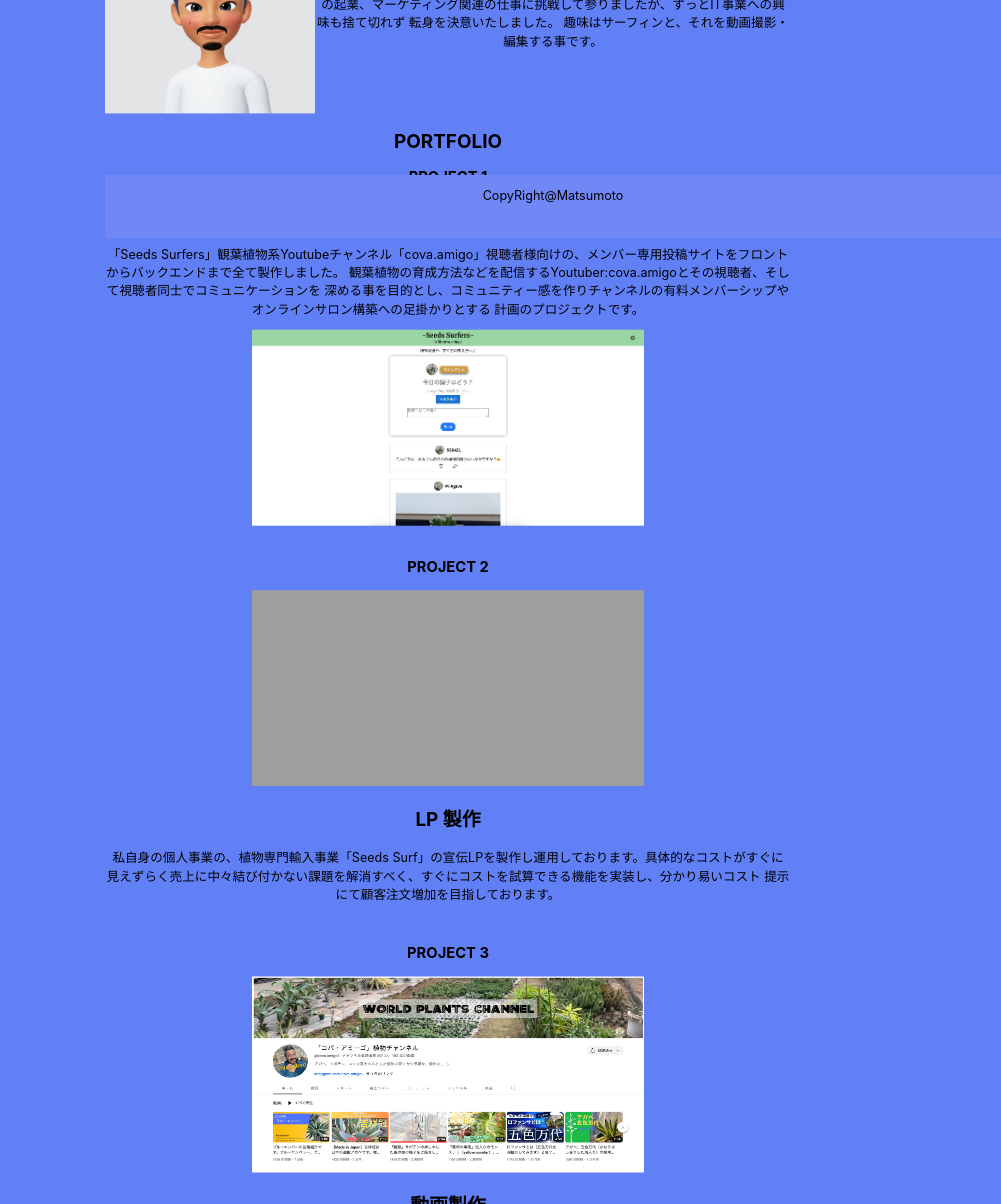
Repository: Seiya00002/my-portfolio-website2
Page: /
These files come from the project's save history. The page is drawn as it stood at one moment and after the next save; the edit follows.
The browser window is 1280 px wide. The page is 1430 px wide, then 1280 px, so the pictures cover 1430 px, including what lies to the right of the window. The pictures show the part of the page from y = 380 to 2100 px (the page is 3478 px tall before and 3568 px after), at 70% of full size.
Pictures or frames that could not be fetched are drawn as grey boxes. The project was rebuilt for these pictures with package versions that can differ from the ones it lists, and the page was loaded fresh each time.

Above is the page before, as saved 2023-09-23 16:38:38.

### src/index.css
body {
  margin: 0;
  font-family: -apple-system, BlinkMacSystemFont, 'Segoe UI', 'Roboto', 'Oxygen',
    'Ubuntu', 'Cantarell', 'Fira Sans', 'Droid Sans', 'Helvetica Neue',
    sans-serif;
  -webkit-font-smoothing: antialiased;
  -moz-osx-font-smoothing: grayscale;
  background-color: rgb(98, 128, 246);
}

code {
  font-family: source-code-pro, Menlo, Monaco, Consolas, 'Courier New',
    monospace;
}

### src/App.tsx
import React from 'react';
import logo from './logo.svg';
import './App.css';
import Header from './Components/Header';
import Homepage from './Components/Homepage';

function App() {
  return (
    <div className="App">
      <Header />
      <Homepage />
    </div>
  );
}

export default App;

### src/App.css
.App {
  text-align: center;
  font-size: 18px;
  height: 100vh;
  width: 100%;
}

.header {
  height: 90px;
  display: flex;
  justify-content: space-around;
  align-items: center;
  width: 100%;
  color: white;
  position: fixed;
  background-color: rgb(98, 128, 246);
  z-index: 10;
}

nav ul li {
  list-style: none;
  display: inline-block;
  margin-right: 30px;
}

nav ul li a {
  font-size: 19px;
  color: white;
  text-decoration: none;
  transition: all 0.2s;
}

nav ul li a:hover {
  color: rgb(36, 89, 250);
}

.container {
  padding: 150px;
}

#about-me {
  display: flex;
  width: 100%;
}

.about-me img {
  height: 300px;
  width: 300px;
}

.left-contents img {
  width: 560px;
  height: 280px;
}

.tech-icon {
  width: 80px;
  height: 80px;
}

.tech-icon img {
  width: 100%;
  height: 100%;

}

.skill-section {
  display: flex;
}

.service-title img {
  width: 50px;
  height: 50px;
}

.footer {
  height: 90px;
  position: absolute;
  bottom: 0;
  width: 100%;
  justify-content: center;
  align-items: center;
  background-color: rgb(113, 135, 246);
}

### src/Components/Header.tsx
import React from 'react'

const Header = () => {
  return (
    <div className='header'>
        <h3>Portfolio Site</h3>
        <nav>
            <ul>
                <li>
                    <a href='#top'>HOME</a>
                </li>
                <li>
                    <a href='#portfolio'>PORTFOLIO</a>
                </li>
                <li>
                    <a href='#skill'>SKILL</a>
                </li>
                <li>
                    <a href='#service'>SERVICE</a>
                </li>
                <li>
                    <a href='#contact'>CONTACT</a>
                </li>
            </ul>
        </nav>
    </div>
  )
}

export default Header

### src/Components/Homepage.tsx
import React from 'react'

const Homepage = () => {
  return (
    <div className='container'>
        <h1>I'm a Web Application Developer</h1>
        <div className='about-me' id='about-me'>
            <img src='/image/m-drawing.jpg' alt='profile-image' />
            <div className='right-contents'>
                <h2>Amout me</h2>
                <p>エンジニアに転身を目指して個人開発をしております。主にHTML/CSS/Javascript/React を扱っています。
                これまでは店舗ビジネスや貿易業の起業、マーケティング関連の仕事に挑戦して参りましたが、ずっとIT事業への興味も捨て切れず
                転身を決意いたしました。
                趣味はサーフィンと、それを動画撮影・編集する事です。</p>
            </div>
        </div>

        <div id='portfolio'>
            <h2>PORTFOLIO</h2>
            <div className='project'>
                <div className='left-contents'>
                    <h3>PROJECT 1</h3>
                    <h2>メンバー制SNS アプリケーション開発</h2>
                    <p>「Seeds Surfers」観葉植物系Youtubeチャンネル「cova.amigo」視聴者様向けの、メンバー専用投稿サイトをフロント
                        からバックエンドまで全て製作しました。
                        観葉植物の育成方法などを配信するYoutuber:cova.amigoとその視聴者、そして視聴者同士でコミュニケーションを
                        深める事を目的とし、コミュニティー感を作りチャンネルの有料メンバーシップやオンラインサロン構築への足掛かりとする
                        計画のプロジェクトです。
                    </p>
                    <img src='/image/seeds-surfers-image.png'
                    alt='Seeds-Surfers-image'
                    />
                </div>
                <img src='' alt=''/>
            </div>
            <div className='project'>
                <div className='left-contents'>
                    <h3>PROJECT 2</h3>
                    <img src='/image/seeds-surf-lp-image.png'
                    alt='Seeds-Surf-lp-image'
                    />
                    <h2>LP 製作</h2>
                    <p>私自身の個人事業の、植物専門輸入事業「Seeds Surf」の宣伝LPを製作し運用しております。具体的なコストがすぐに
                        見えずらく売上に中々結び付かない課題を解消すべく、すぐにコストを試算できる機能を実装し、分かり易いコスト
                        提示にて顧客注文増加を目指しております。
                    </p>
                </div>
                <img src='' alt=''/>
            </div>
            <div className='project'>
                <div className='left-contents'>
                    <h3>PROJECT 3</h3>
                    <img src='/image/youtube-image.png'
                    alt='movie-project-image'
                    />
                    <h2>動画製作</h2>
                    <p>Youtubeチャンネルを立ち上げから、撮影、編集、分析を含む運営を約2年間行いました。チャンネル登録者は約8千人、
                        販売売上80%増を達成しました。ニッチな分野のジャンルで、無名の状態から業界では知られた存在となり、人気を
                        獲得し売り上げにつながりました。テレビ風の面白おかしい、サボテン系植物の解説系動画チャンネルです。
                    </p>
                </div>
                <img src='' alt=''/>
            </div>

        </div>

        <div id='skill'>
            <h2>SKILL</h2>
            <div className='skill-section'>
                <div className='tech-icon'>
                    <img src='/image/html-5-icon.svg' />
                    <p>HTML</p>
                </div>
                <div className='tech-icon'>
                    <img src='/image/css-3-icon.svg' />
                    <p>CSS</p>
                </div>
                <div className='tech-icon'>
                    <img src='/image/javascript-icon.svg' />
                    <p>Javascript</p>
                </div>
                <div className='tech-icon'>
                    <img src='/image/react-icon.svg' />
                    <p>React.JS</p>
                </div>
                <div className='tech-icon'>
                    <img src='/image/typescript-icon.svg' />
                    <p>Typescript</p>
                </div>
                <div className='tech-icon'>
                    <img src='/image/firebase-icon.svg' />
                    <p>Firebase</p>
                </div>
                <div className='tech-icon'>
                    <img src='/image/nodejs-icon.svg' />
                    <p>Node.JS</p>
                </div>
                <div className='tech-icon'>
                    <img src='/image/adobe-premiere-icon.svg' />
                    <p>Adobe preiere pro</p>
                </div>
            </div>
        </div>

        <div id='service'>
            <h2>SERVICE</h2>
            <div className='service-description'>
                <div className='service-box'>
                    <div className='service-title'>
                        <img src='/image/memo-app-icon.svg' />
                        <h2>Web Application 開発</h2>
                    </div>
                    <p>Javascript, React.js を用いたSNS等のWEBアプリケーションの開発</p>
                </div>
                <div className='service-box'>
                <div className='service-title'>
                        <img src='/image/memo-app-icon.svg' />
                        <h2>Website 開発</h2>
                    </div>
                    <p>Javascriptを用いた機能付きのWebサイトや、React.jsによる本格的なWebサイトをHTML,CSSの編集を含めご対応いたします。</p>
                </div>
                <div className='service-box'>
                <div className='service-title'>
                        <img src='/image/memo-app-icon.svg' />
                        <h2>Web Marketing support</h2>
                    </div>
                    <p>LP製作から、Web広告、SNS運用、そしてマーケティング戦略立案をサポートいたします。</p>
                </div>
                <div className='service-box'>
                <div className='service-title'>
                        <img src='/image/memo-app-icon.svg' />
                        <h2>動画製作</h2>
                    </div>
                    <p>Youtube, SNS向け動画製作の企画、撮影、編集作業を行なっております。Adobe premiere pro, filmoraソフトご対応しております。</p>
                </div>
            </div>
        </div>
        <div id='contact'>
            <h2>CONTACT</h2>
        </div>

        <div className='footer'>
            <p>CopyRight@Matsumoto</p>
        </div>
    </div>
  )
}

export default Homepage

Loaded but not shown: public/index.html (common file); src/index.tsx (common file); src/reportWebVitals.ts (common file)

After the next save:
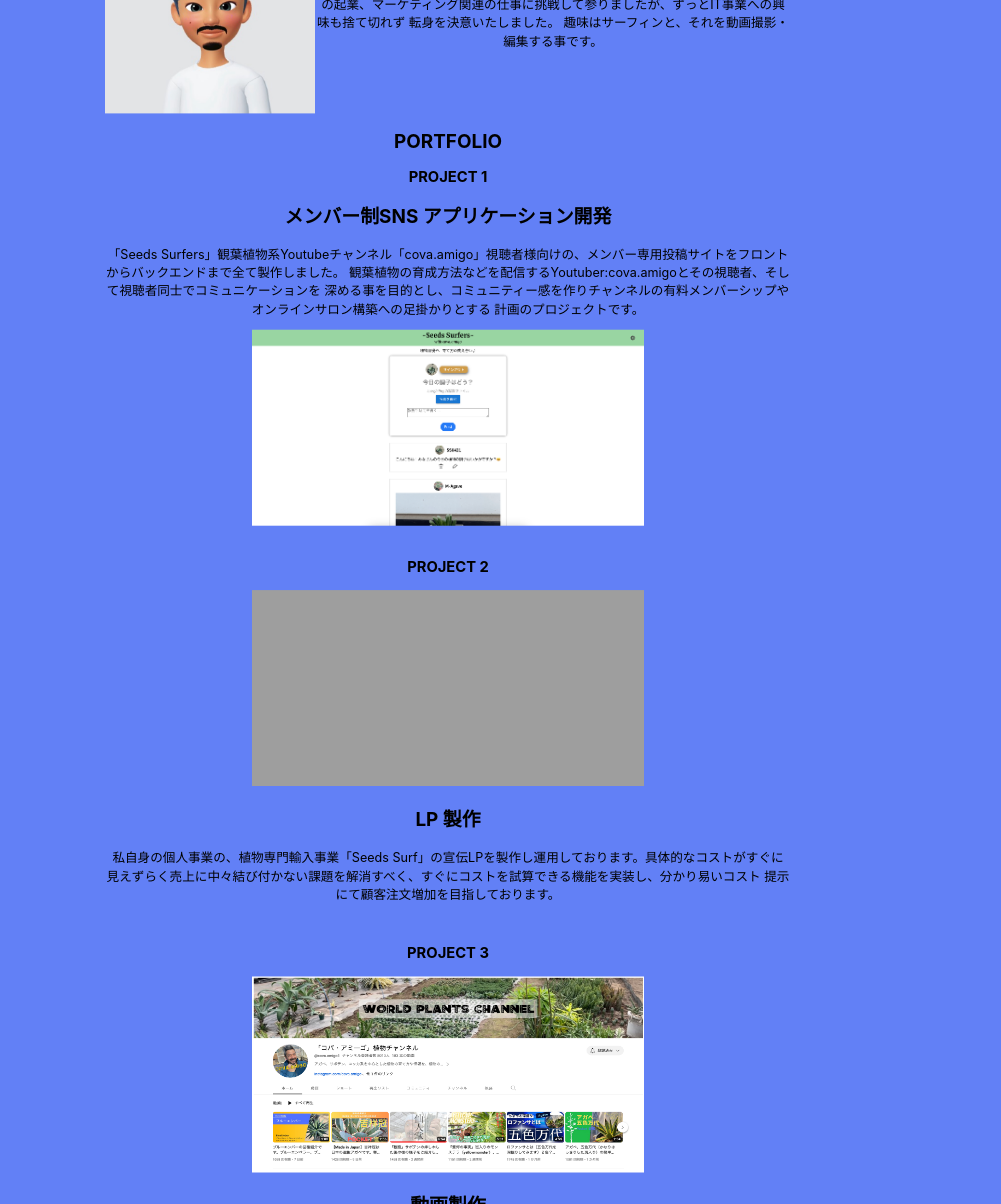
Saved 42 s later.
--- a/src/App.css
+++ b/src/App.css
@@ -75,8 +75,6 @@
 
 .footer {
   height: 90px;
-  position: absolute;
-  bottom: 0;
   width: 100%;
   justify-content: center;
   align-items: center;
